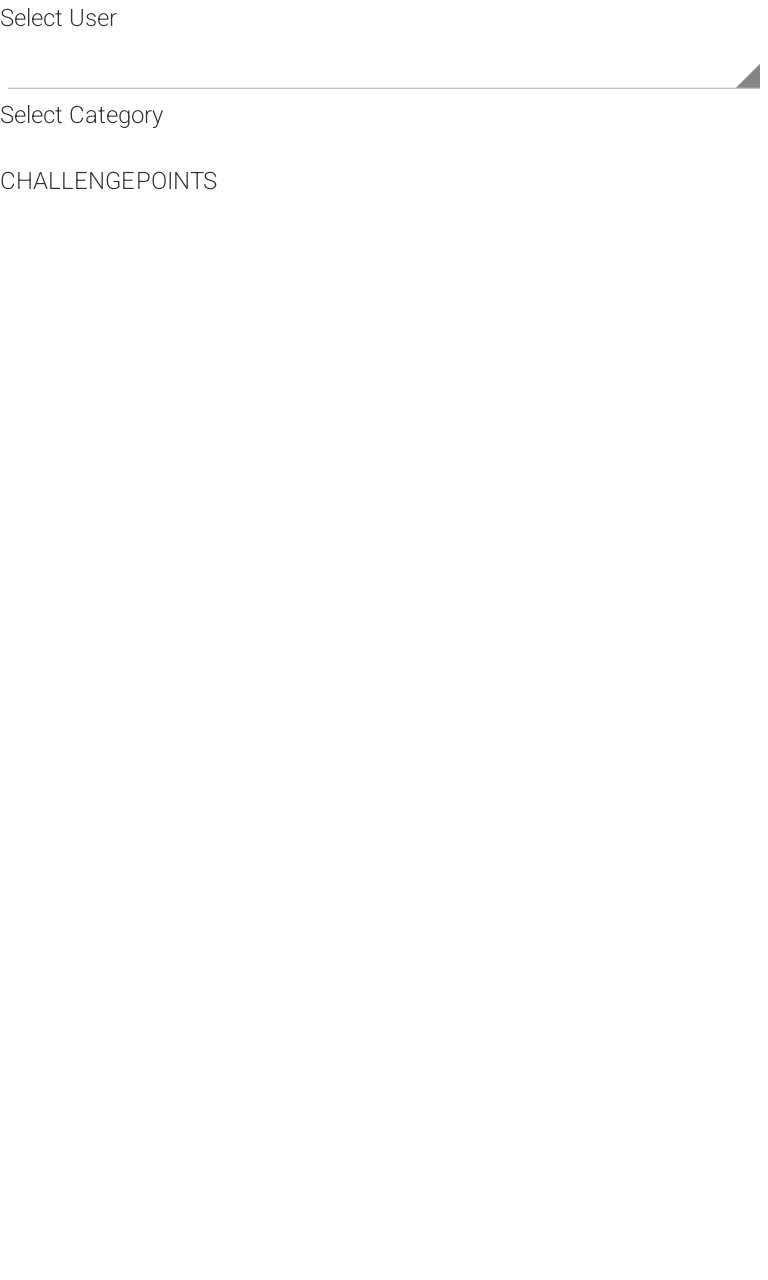
Repository: MikeFynes/ChallengeAccepted
Layout: ChallengeAcceptedFrontEnd/ChallengeDemo/res/layout/tab_challenges.xml
These files come from the project's save history. The layout is drawn as it stood at one moment and after the next save; the edit follows.
It is drawn on a 768 x 1280 px phone screen (xhdpi) without system bars, with theme AppTheme; the app's code is not run.

Above is the layout before, as saved 2014-12-09 16:57:26.

After the next save:
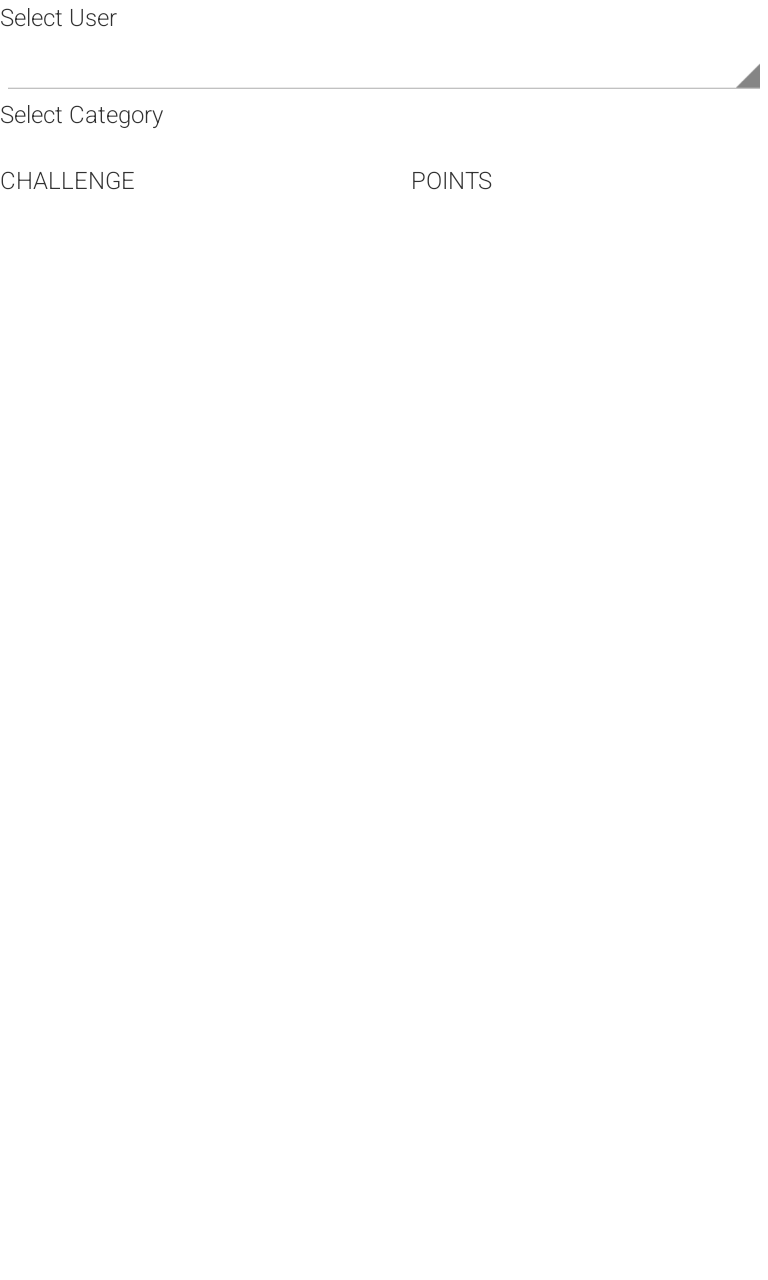
Saved 52 s later.
--- a/ChallengeAcceptedFrontEnd/ChallengeDemo/res/layout/tab_challenges.xml
+++ b/ChallengeAcceptedFrontEnd/ChallengeDemo/res/layout/tab_challenges.xml
@@ -46,13 +46,16 @@
 
     >
            <TableRow    android:layout_width="fill_parent"
-    android:layout_height="wrap_content">
+    android:layout_height="wrap_content"
+    >
                 <TextView android:layout_width="match_parent"
     android:layout_height="wrap_content"
-    android:text="@string/challenge_title"  />
+    android:text="@string/challenge_title"
+    android:layout_weight="1" />
                                 <TextView android:layout_width="match_parent"
     android:layout_height="wrap_content"
-    android:text="@string/challenge_points"  />
+    android:text="@string/challenge_points"
+    android:layout_weight="1" />
          </TableRow>
 
 
